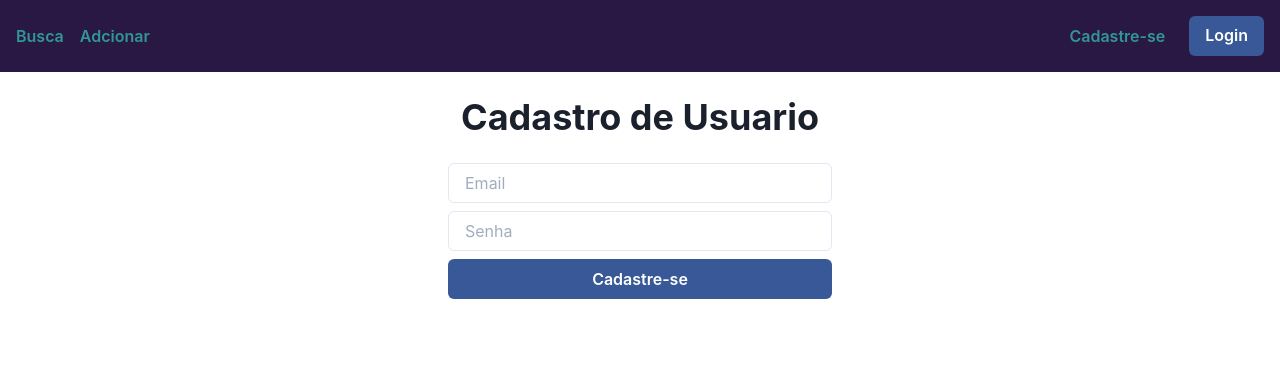
Repository: thislucasme/front-end-cats-react.js
Page: /cadastro/user
These files come from the project's save history. The page is drawn as it stood at one moment and after the next save; the edit follows.
The browser window is 1280 px wide. The pictures show the whole page.
The project was rebuilt for these pictures with package versions that can differ from the ones it lists, and the page was loaded fresh each time. Also part of the build but not shown: src/components/lista.gatos.tsx, src/pages/cadastro.gatos.tsx, src/hooks/gato.hooks.ts, src/pages/busca.gatos.tsx, src/pages/login.tsx.

Above is the page before, as saved 2021-10-28 14:56:02.

After the next save:
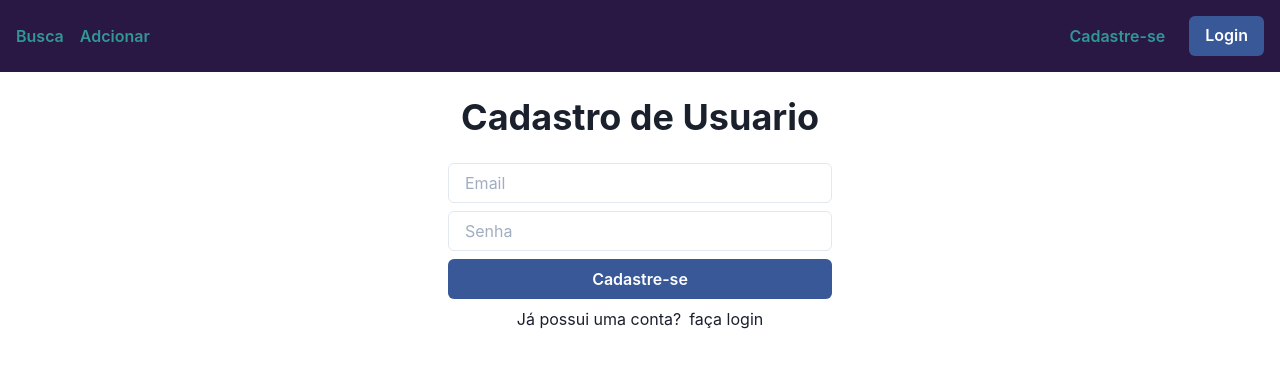
Saved 13 min 32 s later.
--- a/src/pages/casdastro.tsx
+++ b/src/pages/casdastro.tsx
@@ -1,4 +1,4 @@
-import { Center, FormLabel, Heading, Input, Button, VStack } from "@chakra-ui/react";
+import { Center, Text, Link, Heading, Input, Button, VStack, HStack } from "@chakra-ui/react";
 import React from "react";
 import { Menu } from "../components/menu";
 export const UserCadastro = () => {
@@ -11,6 +11,7 @@ export const UserCadastro = () => {
 					<Input placeholder="Email" />
 					<Input placeholder="Senha" type={"password"} />
 					<Button colorScheme="facebook" w="full">Cadastre-se</Button>
+					<HStack><Text>Já possui uma conta? </Text><Link>faça login</Link></HStack>
 				</VStack>
 			</VStack>
 		</Center>
